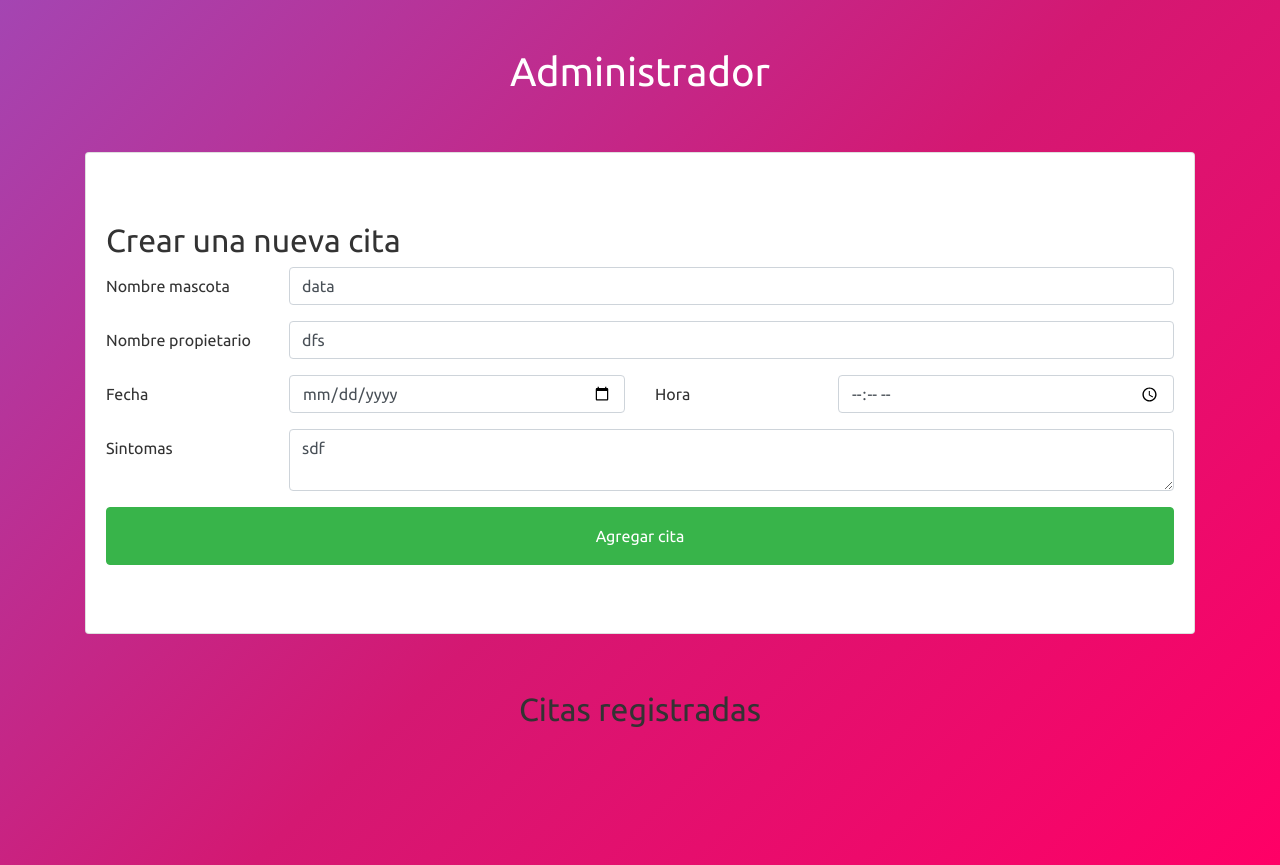
Repository: harrycampaz/react-veterinario-form
Page: /
The author's editor kept a copy of each file at every save. The page is drawn from the files as they stood at one save, then again after the next save.
The browser window is 1280 px wide. The pictures show the whole page.
The project was rebuilt for these pictures with package versions that can differ from the ones it lists, and the page was loaded fresh each time. Also part of the build but not shown: src/components/layout/ItemCita.js.

Above is the page before, as saved 2020-01-16 17:19:56.

After the next save:
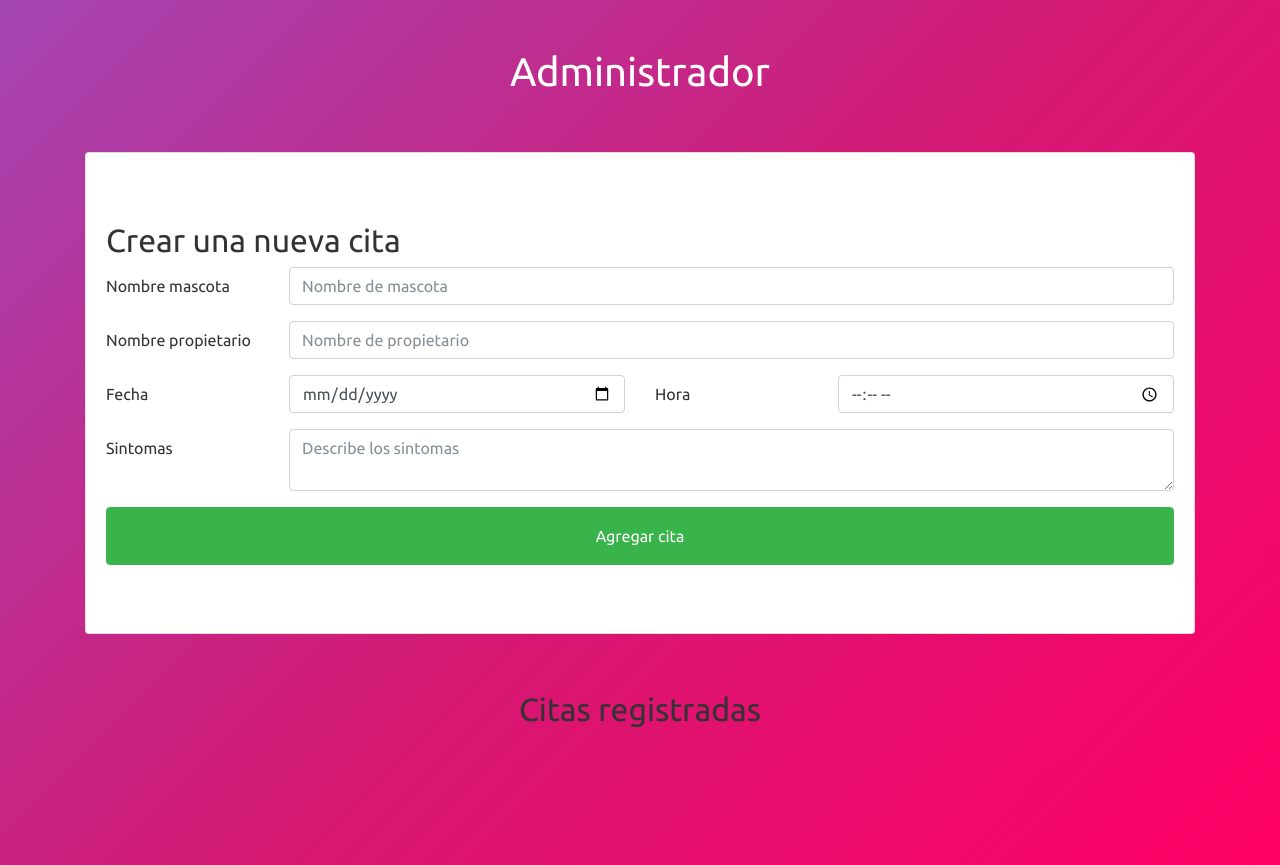
Saved 12 s later.
--- a/src/components/layout/NuevaCita.js
+++ b/src/components/layout/NuevaCita.js
@@ -3,11 +3,11 @@ import uuid from 'uuid';
 
 const stateInicial = {
     cita: {
-        mascota: 'data',
-        propietario: 'dfs',
-        fecha: 'sdf',
-        hora: 'sdf',
-        sintomas: 'sdf'
+        mascota: '',
+        propietario: '',
+        fecha: '',
+        hora: '',
+        sintomas: ''
     },
     error : false
 }
